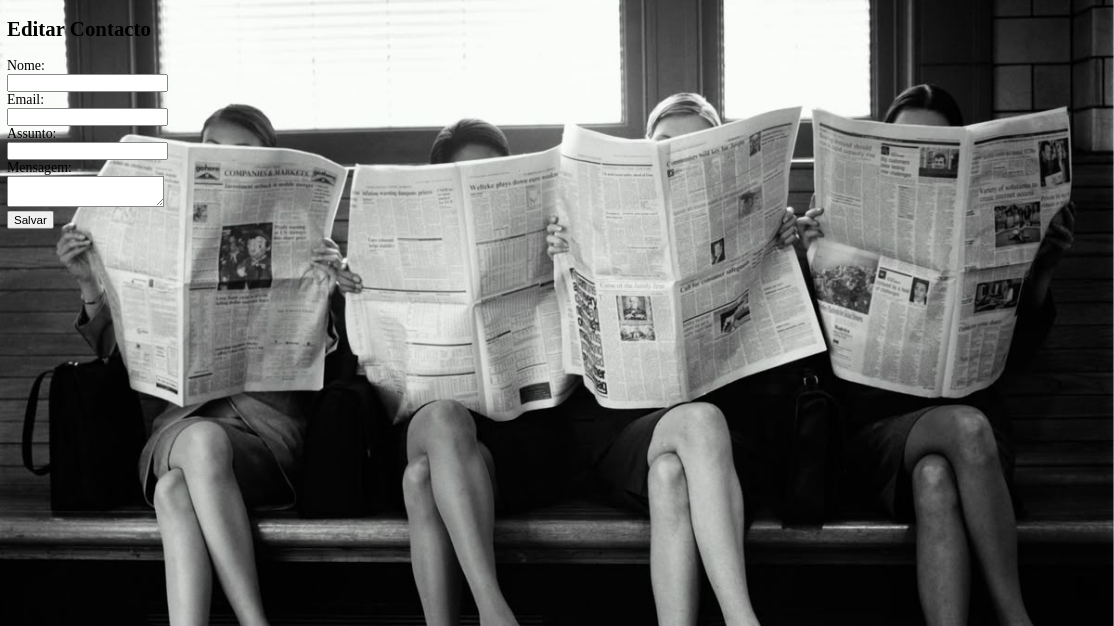
Repository: Sofiampsantos/Portal-de-Jornalismo-Escolar
Page: http://localhost/FormularioContacto/EditarContatoServlet
An editor plug-in stored every save of this project. The page is shown before and after the next save, followed by the edit.
The browser window is 1280 px wide. The pictures show the whole page, at 87% of full size.
Backgrounds fixed to the window are drawn as part of the page. Some web fonts or font styles are not loaded; a fallback is used. The page is served by Tomcat 10.

Above is the page before, as saved 2026-05-23 18:55:21.

After the next save:
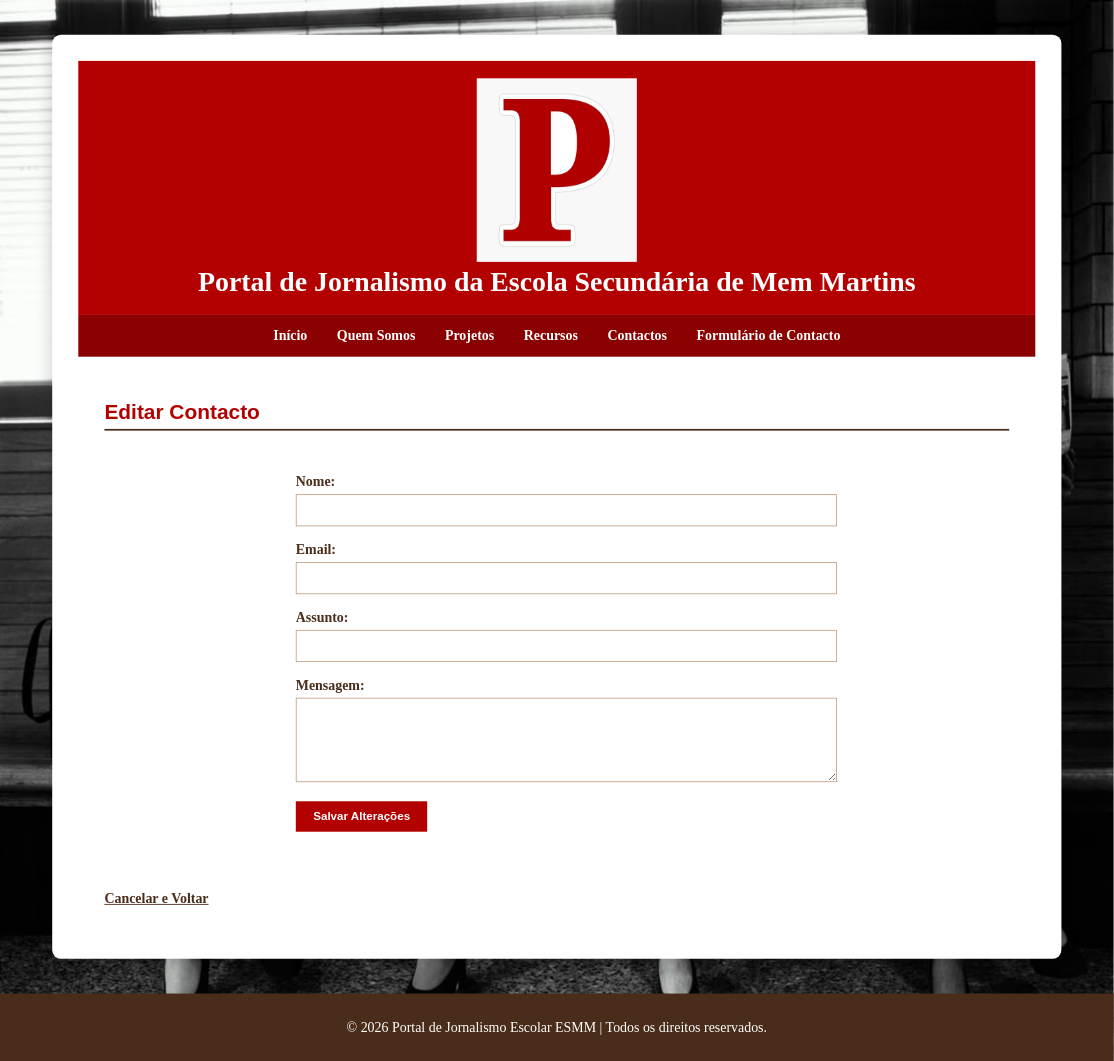
Saved 74 s later.
--- a/ProjetoProgV2/FormularioContacto/src/main/webapp/editar.jsp
+++ b/ProjetoProgV2/FormularioContacto/src/main/webapp/editar.jsp
@@ -1,46 +1,62 @@
-<%@ page language="java" contentType="text/html; charset=UTF-8"
-	pageEncoding="UTF-8"%>
-
+<%@ page language="java" contentType="text/html; charset=UTF-8" pageEncoding="UTF-8"%>
 <!DOCTYPE html>
-
 <html>
-
 <head>
-
 <meta charset="UTF-8">
-
-<title>Editar Contacto</title>
-
+<title>Portal de Jornalismo Escolar - ESMM - Editar Contacto</title>
+<link rel="stylesheet" href="${pageContext.request.contextPath}/styles/estilo.css">
 </head>
 
 <body style="background-image: url('${pageContext.request.contextPath}/img/jornmulheres.jpg'); background-size: cover; background-repeat: no-repeat; background-attachment: fixed; background-position: center;">
 
+  <div class="container">
 
-	<h2>Editar Contacto</h2>
+    <header id="topo">
+        <img alt="Fotografia do Portal de Jornalismo Escolar"
+             src="${pageContext.request.contextPath}/img/logoP.jpg" style="width: 184px; height: 211px;">
+        <h1>Portal de Jornalismo da Escola Secundária de Mem Martins</h1>
+    </header>
 
-	<form action="SalvarEdicao" method="post">
+    <nav id="navegacao">
+        <ul>
+            <li><a href="index.html">Início</a></li>
+            <li><a href="quem_somos.html">Quem Somos</a></li>
+            <li><a href="projetos.html">Projetos</a></li>
+            <li><a href="recursos.html">Recursos</a></li>
+            <li><a href="contactos.html">Contactos</a></li>
+            <li><a href="contato.jsp">Formulário de Contacto</a></li>
+        </ul>
+    </nav>
 
-		<input type="hidden" name="id" value="${id}"> Nome:<br> <input
-			type="text" name="nome" value="${nome}"><br> Email:<br>
+    <section id="conteudo">
+        <h2>Editar Contacto</h2>
 
-		<input type="email" name="email" value="${email}"><br>
+        <form action="SalvarEdicao" method="post" style="box-shadow: none; padding: 10px 0; border-top: none;">
+            <input type="hidden" name="id" value="${contato[0]}">
 
+            <label style="font-weight: bold; color: #4a2c1a;">Nome:</label>
+            <input type="text" name="nome" value="${contato[1]}" required><br><br>
 
-		Assunto:<br> <input type="text" name="assunto" value="${assunto}"><br>
+            <label style="font-weight: bold; color: #4a2c1a;">Email:</label>
+            <input type="email" name="email" value="${contato[2]}" required><br><br>
 
+            <label style="font-weight: bold; color: #4a2c1a;">Assunto:</label>
+            <input type="text" name="assunto" value="${contato[3]}" required><br><br>
 
-		Mensagem:<br>
+            <label style="font-weight: bold; color: #4a2c1a;">Mensagem:</label>
+            <textarea name="mensagem" rows="5" required>${contato[4]}</textarea><br><br>
 
-		<textarea name="mensagem">${mensagem}</textarea>
-		<br>
+            <button type="submit" style="background-color: #b30000; color: white; border: none; padding: 10px 20px; font-weight: bold; cursor: pointer;">Salvar Alterações</button>
+        </form>
 
+        <br>
+        <a href="ListarContatosServlet" style="font-weight: bold; color: #4a2c1a;">Cancelar e Voltar</a>
+    </section>
+  </div>
 
-		<button type="submit">Salvar</button>
-
-	</form>
-
-
+  <footer id="rodape">
+      <p>&copy; 2026 Portal de Jornalismo Escolar ESMM | Todos os direitos reservados.</p>
+  </footer>
 
 </body>
-
 </html>
